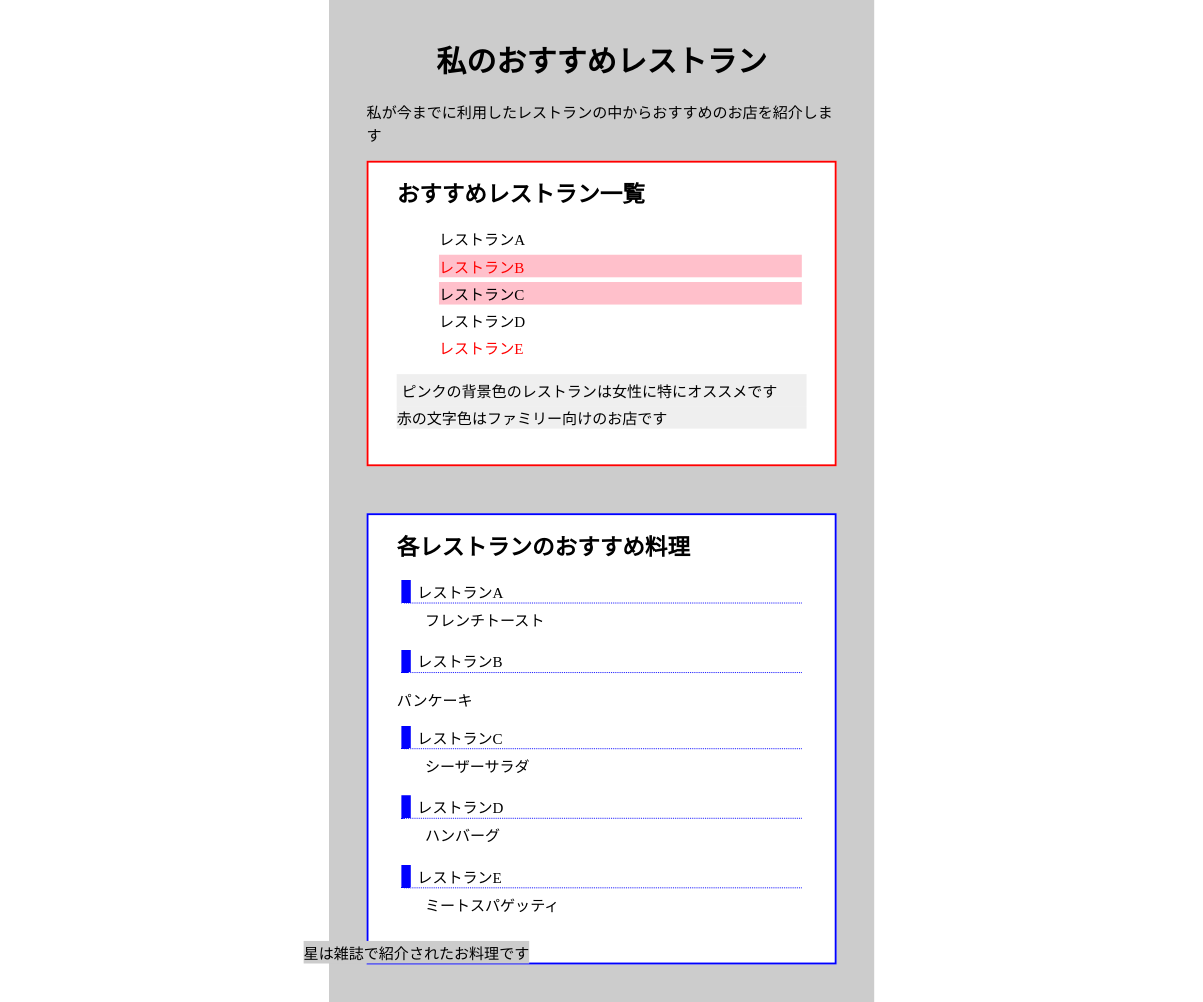
Repository: tsubasa2/restaurant
Page: 2021.2.html
The author's editor kept a record of every edit. The page is drawn from the files as they stood at one moment, then again after the next edit.
The browser window is 1280 px wide. The pictures show the whole page, at 94% of full size.

Above is the page before.

After the next edit:
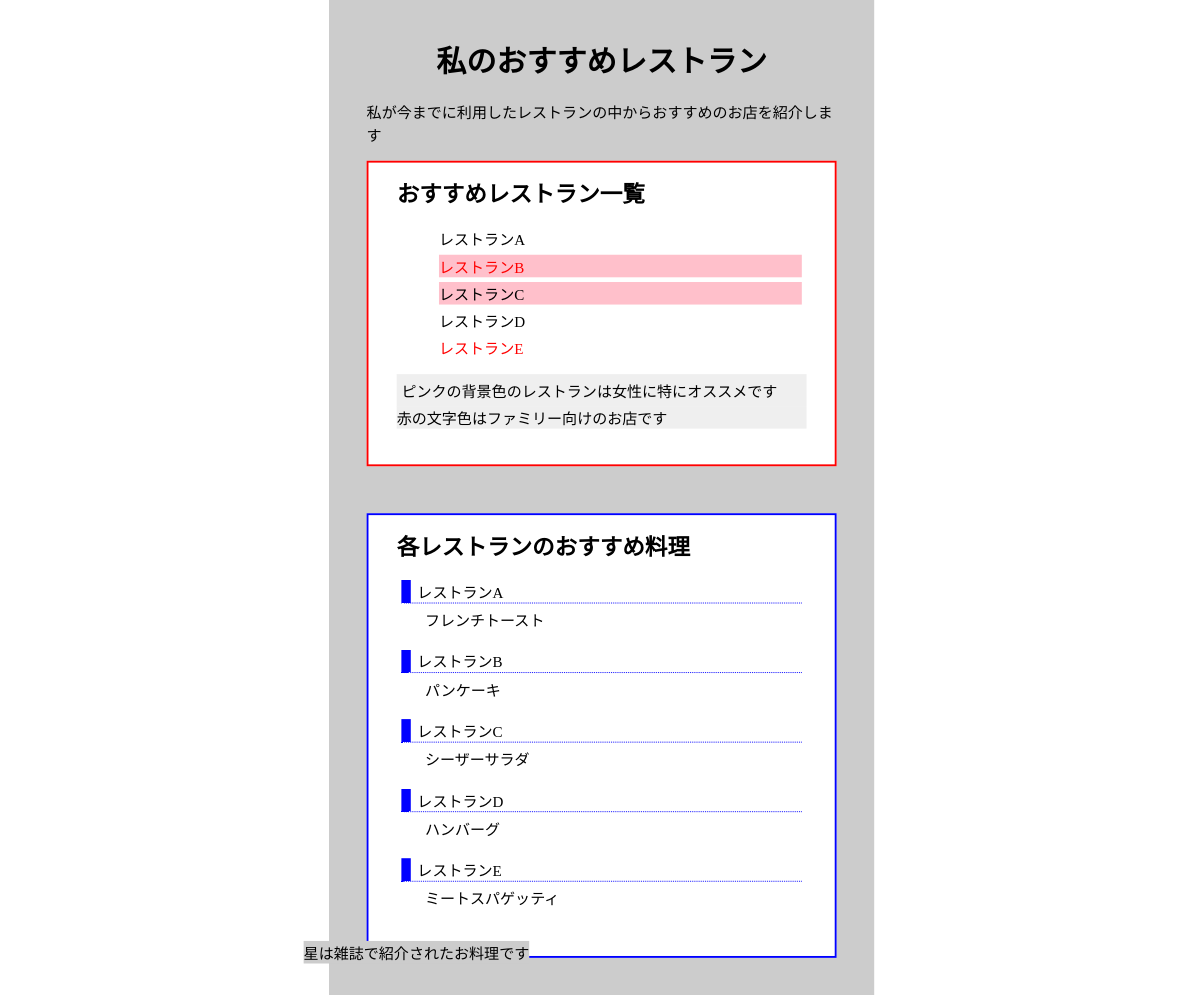
The edit:
--- a/style.css
+++ b/style.css
@@ -69,7 +69,7 @@
     position: relative;
     left: 20px;
     padding-left: 10px;
-} 20px;
+}
 
 
 p#food2 {
